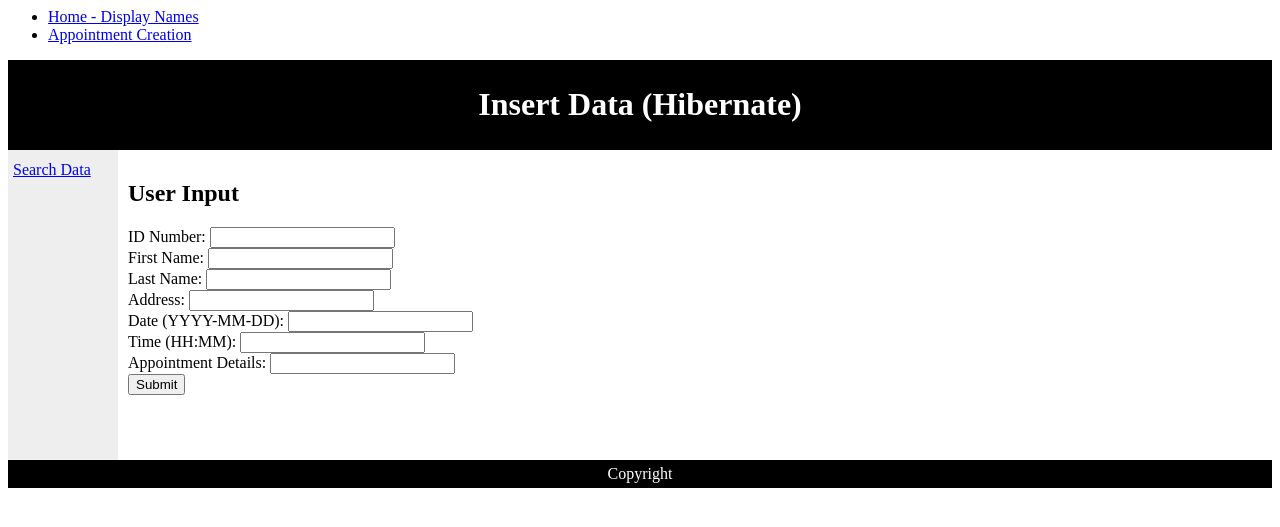
Repository: Doniico/G1_ODM
Page: workspaceCSCI4830-teamproject/teamproject/WebContent/simpleInsertHB.html
An editor plug-in stored every save of this project. The page is shown before and after the next save, followed by the edit.
The browser window is 1280 px wide. The pictures show the whole page.

Above is the page before, as saved 2020-04-02 04:28:31.

After the next save:
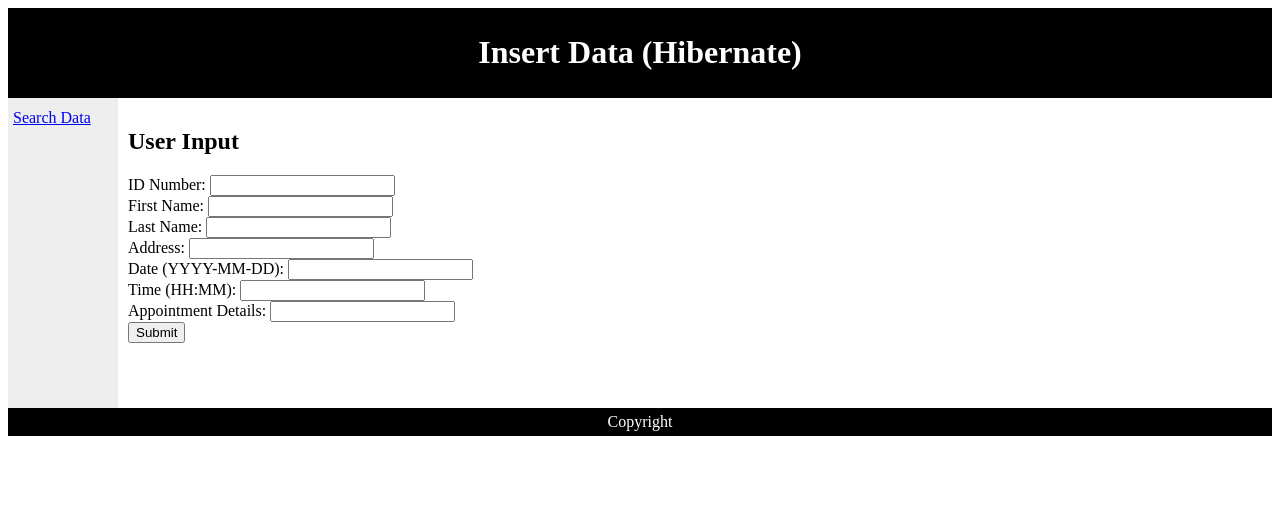
Saved 11 s later.
--- a/workspaceCSCI4830-teamproject/teamproject/WebContent/simpleInsertHB.html
+++ b/workspaceCSCI4830-teamproject/teamproject/WebContent/simpleInsertHB.html
@@ -32,11 +32,6 @@ footer {
 </head>
 
 <body>
-<ul id = "navBar">
-	<li><a href = "Open Door Mission Design.html">Home - Display Names</a></li>
-	<li><a href = "Appointment Creation.html">Appointment Creation</a></li>
-</ul>
-
 <header>
 <h1> Insert Data (Hibernate)</h1>
 </header>
